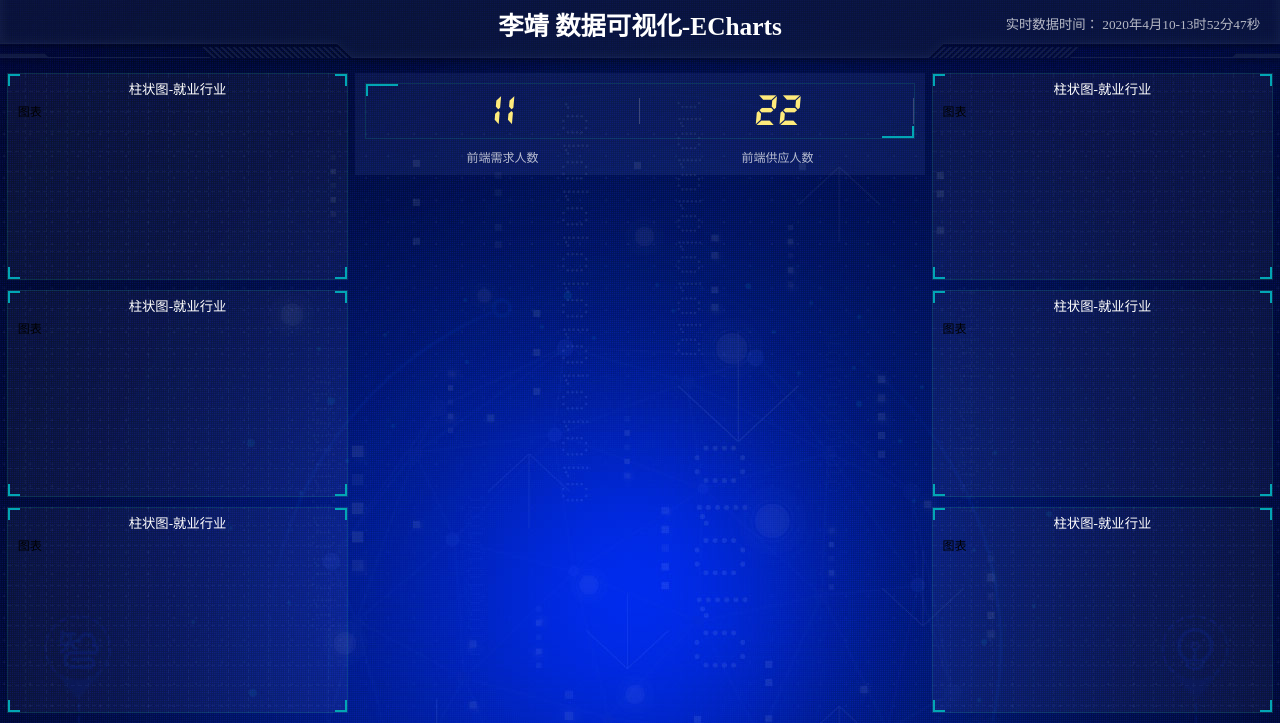
Repository: Jasonlee6789/ECharts
Page: Echarts/index.html
An editor plug-in stored every save of this project. The page is shown before and after the next save, followed by the edit.
The browser window is 1280 px wide. The pictures show the whole page.
The style sheet was rebuilt from its Sass, Less or Tailwind sources for each picture, by a compiler version that may differ from the author's.

Above is the page before, as saved 2020-05-21 16:30:25.
Console error: ReferenceError: tme is not defined

### Echarts/index.html
<!DOCTYPE html>
<html lang="en">

<head>
    <meta charset="UTF-8">
    <meta name="viewport" content="width=device-width, initial-scale=1.0">
    <title>ECharts-Jing</title>
    <link rel="stylesheet" href="css/index.css">

</head>

<body>
    <script src="flexible.js"></script>
    <header>
        <h1>李靖 数据可视化-ECharts</h1>
        <div class="showTime"></div>
        <script>
            var t = null;
            t = setTimeout(time, 1000); // start running time
            function time() {
                clearTimeout(t); //清除定时器
                dt = new Date();
                var y = dt.getFullYear();
                var mt = dt.getMonth() + 1;
                var day = dt.getDate();
                var h = dt.getHours();
                var m = dt.getMinutes();
                var s = dt.getSeconds();
                document.querySelector(".showTime").innerHTML = "实时数据时间： " + y + "年" + mt + "月" +
                    day + "-" + h + "时" + m + "分" + s + "秒";
                t = setTimeout(tme, 1000); //设置定时器，循环运行
            }
        </script>
    </header>
    <div class="mainbox">
        <div class="column">
            <div class="panel bar">
                <h2>柱状图-就业行业</h2>
                <div class="chart">图表</div>
                <div class="panel-footer"></div>
            </div>
            <div class="panel line">
                <h2>柱状图-就业行业</h2>
                <div class="chart">图表</div>
                <div class="panel-footer"></div>
            </div>
            <div class="panel pie">
                <h2>柱状图-就业行业</h2>
                <div class="chart">图表</div>
                <div class="panel-footer"></div>
            </div>
        </div>

        <div class="column">
            <!-- num模块制作 -->
            <div class="no">
                <div class="no-hd">
                    <ul>
                        <li>11</li>
                        <li>22</li>
                    </ul>
                </div>
                <div class="no-bd">
                    <ul>
                        <li>前端需求人数</li>
                        <li>前端供应人数</li>
                    </ul>
                </div>
            </div>
        </div>

        <div class="column">
            <div class="panel bar">
                <h2>柱状图-就业行业</h2>
                <div class="chart">图表</div>
                <div class="panel-footer"></div>
            </div>
            <div class="panel line">
                <h2>柱状图-就业行业</h2>
                <div class="chart">图表</div>
                <div class="panel-footer"></div>
            </div>
            <div class="panel pie">
                <h2>柱状图-就业行业</h2>
                <div class="chart">图表</div>
                <div class="panel-footer"></div>
            </div>
        </div>
    </div>


</body>

</html>

### Echarts/js/flexible.js
(function flexible(window, document) {
    var docEl = document.documentElement;
    var dpr = window.devicePixelRatio || 1;

    // adjust body font size
    function setBodyFontSize() {
        if (document.body) {
            document.body.style.fontSize = 12 * dpr + "px";
        } else {
            document.addEventListener("DOMContentLoaded", setBodyFontSize);
        }
    }
    setBodyFontSize();

    // set 1rem = viewWidth / 10 （默认屏幕划分10等份 1920/24=80）
    function setRemUnit() {
        var rem = docEl.clientWidth / 24;
        docEl.style.fontSize = rem + "px";
    }

    setRemUnit();

    // reset rem unit on page resize
    window.addEventListener("resize", setRemUnit);
    window.addEventListener("pageshow", function (e) {
        if (e.persisted) {
            setRemUnit();
        }
    });

    // detect 0.5px supports
    if (dpr >= 2) {
        var fakeBody = document.createElement("body");
        var testElement = document.createElement("div");
        testElement.style.border = ".5px solid transparent";
        fakeBody.appendChild(testElement);
        docEl.appendChild(fakeBody);
        if (testElement.offsetHeight === 1) {
            docEl.classList.add("hairlines");
        }
        docEl.removeChild(fakeBody);
    }
})(window, document);

### Echarts/css/index.less
// css 初始化
* {
    margin: 0;
    padding: 0;
    box-sizing: border-box;
}

.box {
    width: 1rem;
    height: 1rem;
    background-color: pink;
}

li {
    list-style: none;
}

/* 声明字体*/
@font-face {
    font-family: electronicFont;
    src: url(../font/DS-DIGIT.TTF);
}

body {
    background: url(../images/bg.jpg) no-repeat top center;
    line-height: 1.15;
}

header {
    position: relative;
    height: 1.25rem;
    background: url(../images/head_bg.png) no-repeat;
    background-size: 100% 100%;

    h1 {
        font-size: 0.475rem;
        color: #fff;
        text-align: center;
        line-height: 1rem;
    }

    .showTime {
        position: absolute;
        right: 0.375rem;
        top: 0;
        line-height: 0.9375rem;
        color: rgba(255, 255, 255, 0.7);
        font-size: 0.25rem;
    }
}

// 页面主体盒子
.mainbox {
    display: flex;
    min-width: 1024px; //最小宽度，不变了到这
    max-width: 1920px;
    margin: 0 auto;
    padding: 0.125rem 0.125rem 0;

    .column {
        flex: 3;
    }

    .column:nth-child(2) {
        flex: 5;
        margin: 0 0.125rem 0.1875rem;
        overflow: hidden;
    }

    .panel {
        position: relative;
        height: 3.875rem;
        padding: 0 0.1875rem 0.5rem;
        border: 1px solid rgba(25, 186, 139, 0.17);
        margin-bottom: 0.1875rem;
        background: url(../images/line\(1\).png) rgba(255, 255, 255, 0.04);

        &::before {
            position: absolute;
            top: 0;
            left: 0;
            width: 10px;
            height: 10px;
            border-left: 2px solid #02a6b5;
            border-top: 2px solid #02a6b5;
            content: "";
        }

        &::after {
            position: absolute;
            top: 0;
            right: 0;
            width: 10px;
            height: 10px;
            border-right: 2px solid #02a6b5;
            border-top: 2px solid #02a6b5;
            content: "";
        }

        .panel-footer {
            position: absolute;
            bottom: 0;
            left: 0;
            width: 100%;

            &::before {
                position: absolute;
                left: 0;
                bottom: 0;
                width: 10px;
                height: 10px;
                border-left: 2px solid #02a6b5;
                border-bottom: 2px solid #02a6b5;
                content: "";
            }

            &::after {
                position: absolute;
                bottom: 0;
                right: 0;
                width: 10px;
                height: 10px;
                border-right: 2px solid #02a6b5;
                border-bottom: 2px solid #02a6b5;
                content: "";
            }
        }

        h2 {
            height: 0.6rem;
            color: #fff;
            line-height: 0.6rem;
            text-align: center;
            font-size: 0.25rem;
            font-weight: 400;

            a {
                color: #fff;
                text-decoration: none;
                margin: 0 0.125rem;
            }
        }

        .chart {
            height: 3rem;
        }
    }


    // no数字模块
    .no {
        background: rgba(101, 132, 226, 0.1);
        padding: 0.1875rem;

        .no-hd {
            position: relative;
            border: 1px solid rgba(25, 186, 139, 0.17);

            &::before {
                position: absolute;
                top: 0;
                left: 0;
                content: "";
                width: 30px;
                height: 10px;
                border-top: 2px solid #02a6b5;
                border-left: 2px solid #02a6b5;
            }

            &::after {
                position: absolute;
                bottom: 0;
                right: 0;
                content: "";
                width: 30px;
                height: 10px;
                border-right: 2px solid #02a6b5;
                border-bottom: 2px solid #02a6b5;
            }

            ul {
                display: flex;

                li {
                    position: relative;
                    flex: 1;
                    line-height: 1rem;
                    font-size: 0.875rem;
                    color: #ffeb7b;
                    text-align: center;
                    font-family: "electronicFont";

                    &::after {
                        content: "";
                        position: absolute;
                        top: 25%;
                        right: 0;
                        height: 50%;
                        width: 1px;
                        background: rgba(255, 255, 255, 0.2);
                    }
                }
            }
        }

        .no-bd {
            ul {
                display: flex;

                li {
                    flex: 1;
                    text-align: center;
                    color: rgba(255, 255, 255, 0.7);
                    font-size: 0.225rem;
                    height: 0.5rem;
                    line-height: 0.5rem;
                    padding-top: 0.125rem;
                }
            }
        }
    }

    .map {
        position: relative;
        height: 10.125rem;

        .map1 {
            width: 6.475rem;
            height: 6.475rem;
            position: absolute;
            top: 50%;
            left: 50%;
            transform: translate(-50%, -50%);
            background: url(../images/map.png);
            background-size: 100% 100%;
            opacity: 0.3;
        }

        .map2 {
            position: absolute;
            top: 50%;
            left: 50%;
            transform: translate(-50%, -50%);
            width: 8.0375rem;
            height: 8.0375rem;
            background: url(../images/lbx.png);
            animation: rotate1 15s linear infinite;
            opacity: 0.6;
            background-size: 100% 100%;
        }

        .map3 {
            position: absolute;
            top: 50%;
            left: 50%;
            transform: translate(-50%, -50%);
            width: 7.075rem;
            height: 7.075rem;
            background: url(../images/jt.png);
            animation: rotate2 10s linear infinite;
            opacity: 0.6;
            background-size: 100% 100%;
        }

        .chart {
            position: absolute;
            top: 0;
            left: 0;
            // background-color: pink;
            width: 100%;
            height: 10.125rem;
        }

        @keyframes rotate1 {
            form {
                transform: translate(-50%, -50%) rotate(0deg);
            }

            to {
                transform: translate(-50%, -50%) rotate(360deg);
            }
        }

        @keyframes rotate2 {
            form {
                transform: translate(-50%, -50%) rotate(0deg);
            }

            to {
                transform: translate(-50%, -50%) rotate(-360deg);
            }
        }
    }

    // /* 约束屏幕尺寸 */
    // @media screen and (max-width: 1024px) {
    //     html {
    //         font-size: 42px !important;
    //     }
    // }

    // @media screen and (min-width: 1920px) {
    //     html {
    //         font-size: 80px !important;
    //     }
}

After the next save:
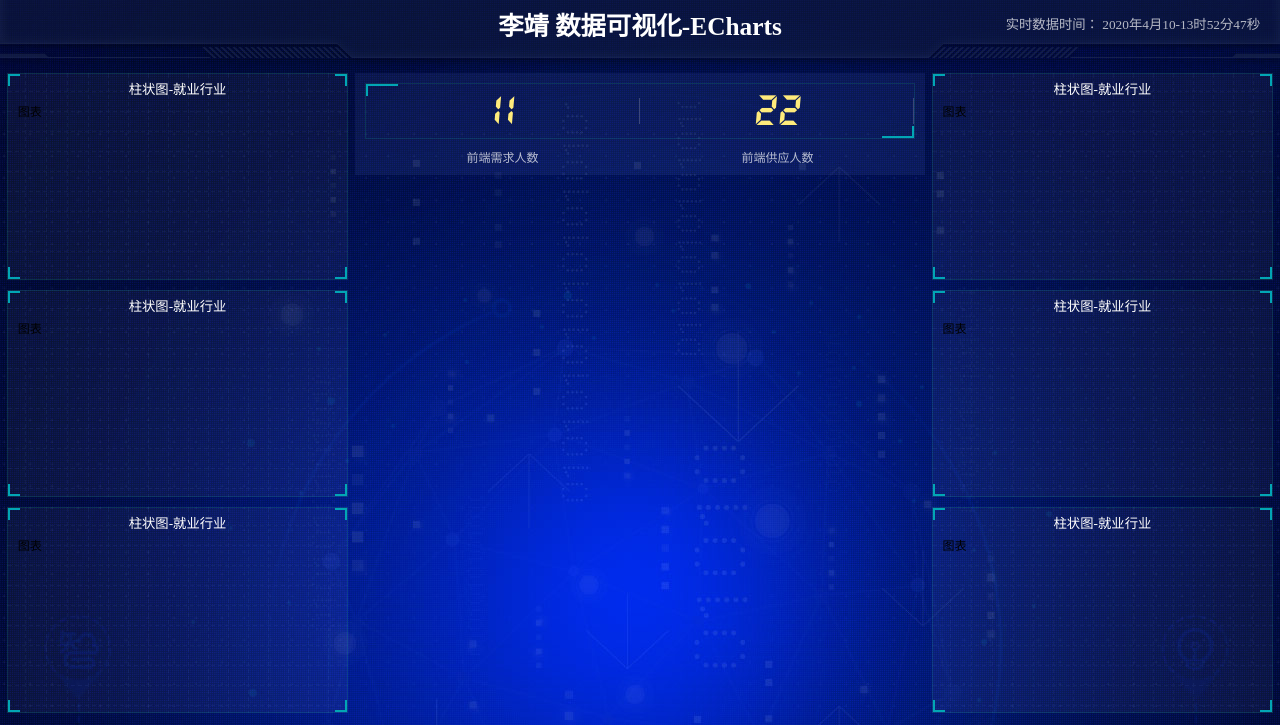
Saved 3 min 28 s later.
--- a/Echarts/index.html
+++ b/Echarts/index.html
@@ -67,6 +67,10 @@
                     </ul>
                 </div>
             </div>
+
+            <div class="map">
+
+            </div>
         </div>
 
         <div class="column">
